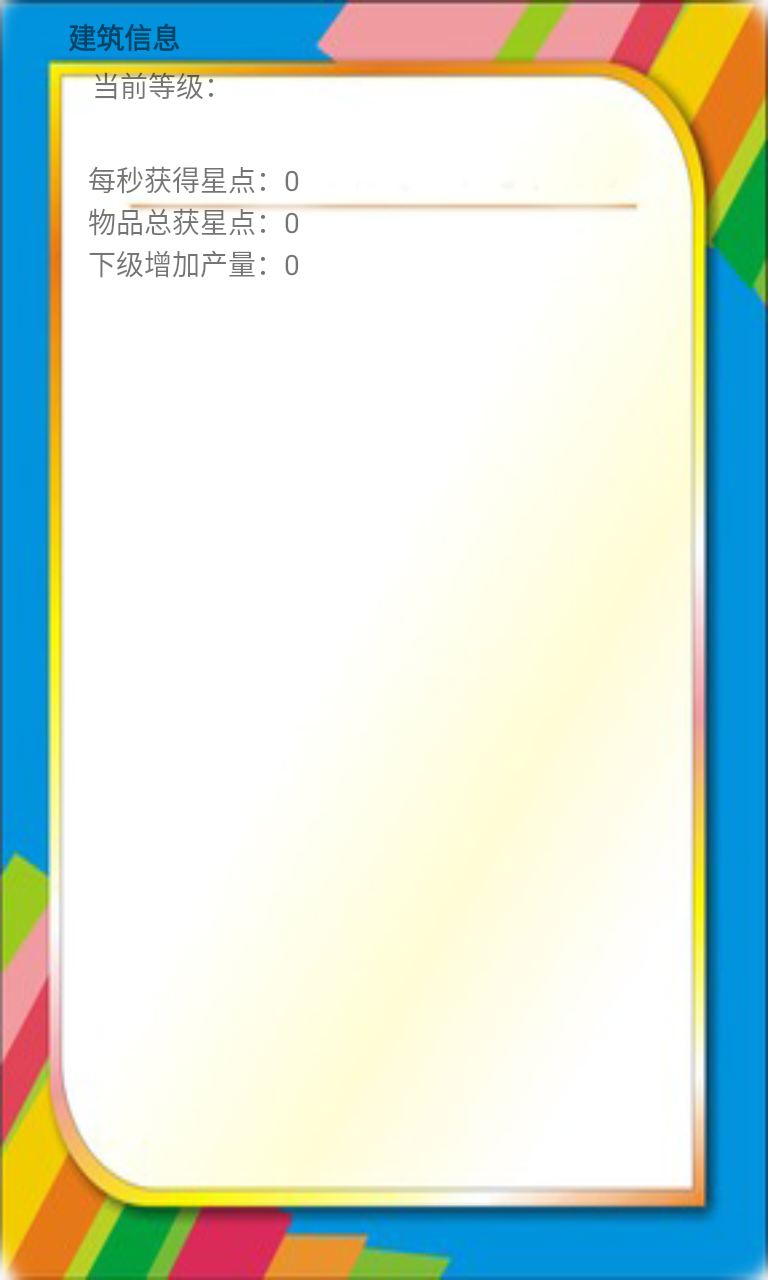
Repository: xianyun2014/StarPoint
Layout: game/res/layout/build_info_view.xml
An editor plug-in stored every save of this project. The layout is shown before and after the next save, followed by the edit.
It is drawn on a 768 x 1280 px phone screen (xhdpi) without system bars, with theme AppTheme; the app's code is not run.

Above is the layout before, as saved 2014-11-17 15:20:02.

After the next save:
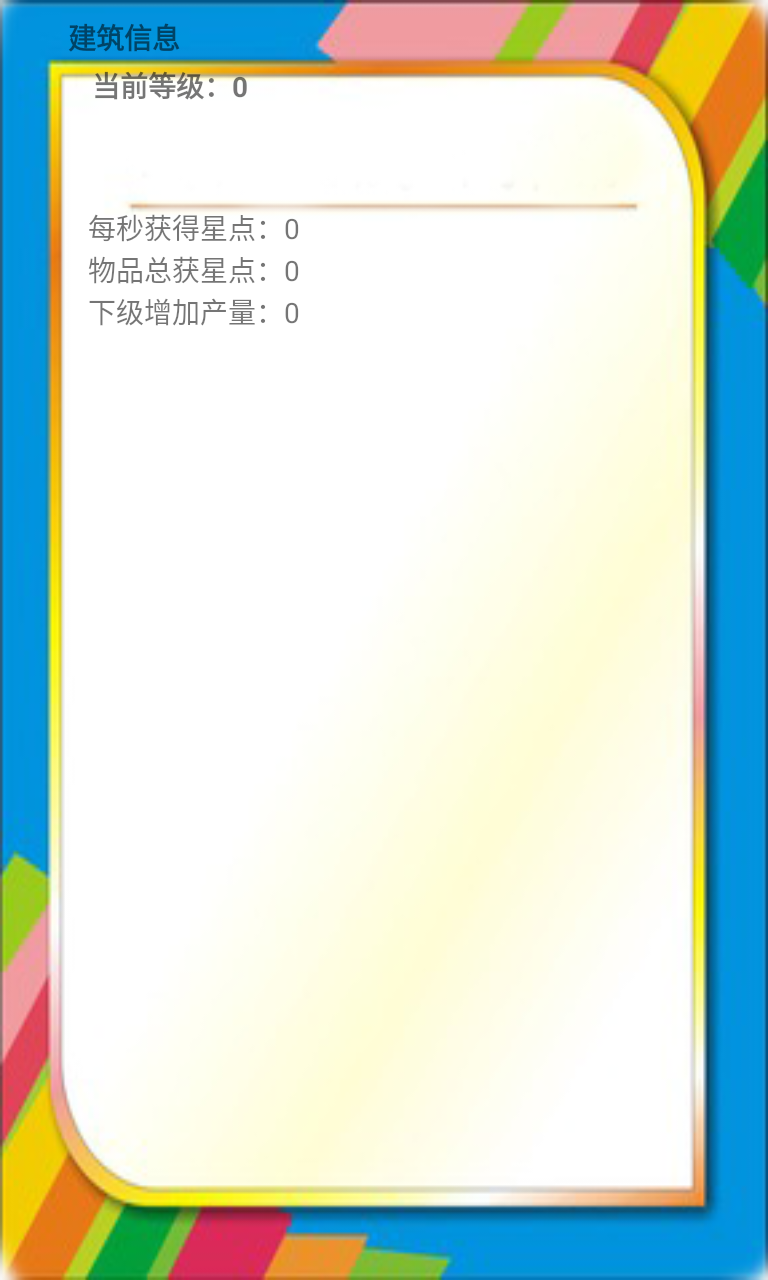
Saved 2 min 16 s later.
--- a/game/res/layout/build_info_view.xml
+++ b/game/res/layout/build_info_view.xml
@@ -39,7 +39,7 @@
         android1:layout_width="wrap_content"
         android1:layout_height="wrap_content"
         android1:layout_alignLeft="@+id/build_title"
-        android1:layout_below="@+id/build_title"
+        android1:layout_below="@+id/textcurlevel"
         android1:layout_marginLeft="10dp"
         android1:layout_marginTop="50dp" >
 
@@ -114,14 +114,17 @@
         android1:layout_below="@+id/build_title"
         android1:layout_marginLeft="2dp"
         android1:layout_marginTop="3dp"
-        android1:text="当前等级：" />
+        android1:text="当前等级："
+        android1:textStyle="bold" />
 
     <TextView
-        android1:id="@+id/txtLevel"
+        android1:id="@+id/txt_Level"
         android1:layout_width="wrap_content"
         android1:layout_height="wrap_content"
         android1:layout_alignBaseline="@+id/textcurlevel"
         android1:layout_alignBottom="@+id/textcurlevel"
-        android1:layout_toRightOf="@+id/textcurlevel" />
+        android1:layout_toRightOf="@+id/textcurlevel"
+        android1:text="0"
+        android1:textStyle="bold" />
 
 </RelativeLayout>
